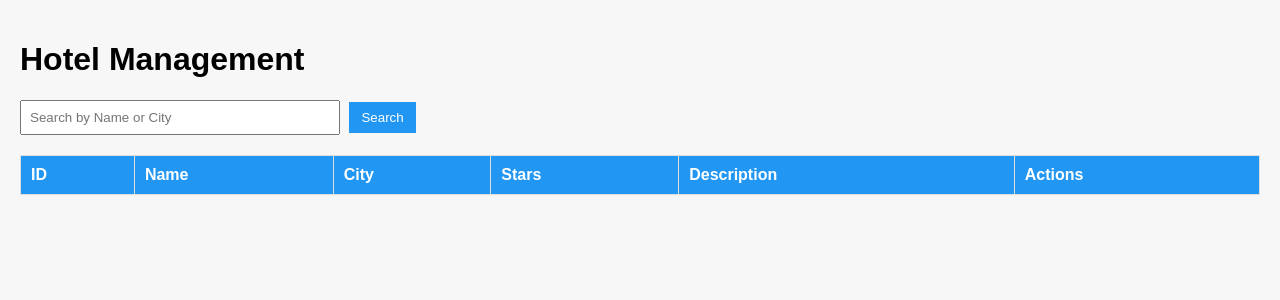
Repository: Trikisalem/examentp_jakarta
Page: http://localhost/hotel/admin/hotel.jsp
These files come from the project's save history. The page is drawn as it stood at one moment and after the next save; the edit follows.
The browser window is 1280 px wide. The pictures show the whole page.
The page is served by Tomcat 10. Nobody is signed in. The application's start-up code is not run. Queries for data that is not in the repository find no rows.

Above is the page before, as saved 2024-12-17 10:35:10.

After the next save:
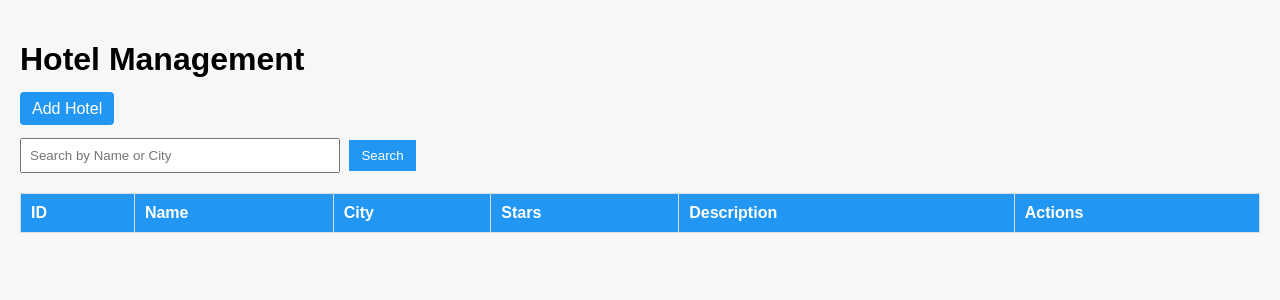
Saved 5 min 46 s later.
--- a/hotel/src/main/webapp/admin/hotel.jsp
+++ b/hotel/src/main/webapp/admin/hotel.jsp
@@ -57,16 +57,25 @@
         .search-container button:hover {
             background-color: #0b7dda;
         }
+        .add-hotel-container {
+            margin: 20px 0;
+        }
     </style>
 </head>
 <body>
 
 <h1>Hotel Management</h1>
 
+<!-- Bouton Add Hotel -->
+<div class="add-hotel-container">
+    <a href="addhotel.jsp" class="btn">Add Hotel</a>
+</div>
+
 <!-- Formulaire de recherche -->
 <div class="search-container">
     <form method="get" action="hotel.jsp">
-        <input type="text" name="search" placeholder="Search by Name or City" value="<%= request.getParameter("search") != null ? request.getParameter("search") : "" %>">
+        <input type="text" name="search" placeholder="Search by Name or City"
+               value="<%= request.getParameter("search") != null ? request.getParameter("search") : "" %>">
         <button type="submit">Search</button>
     </form>
 </div>
